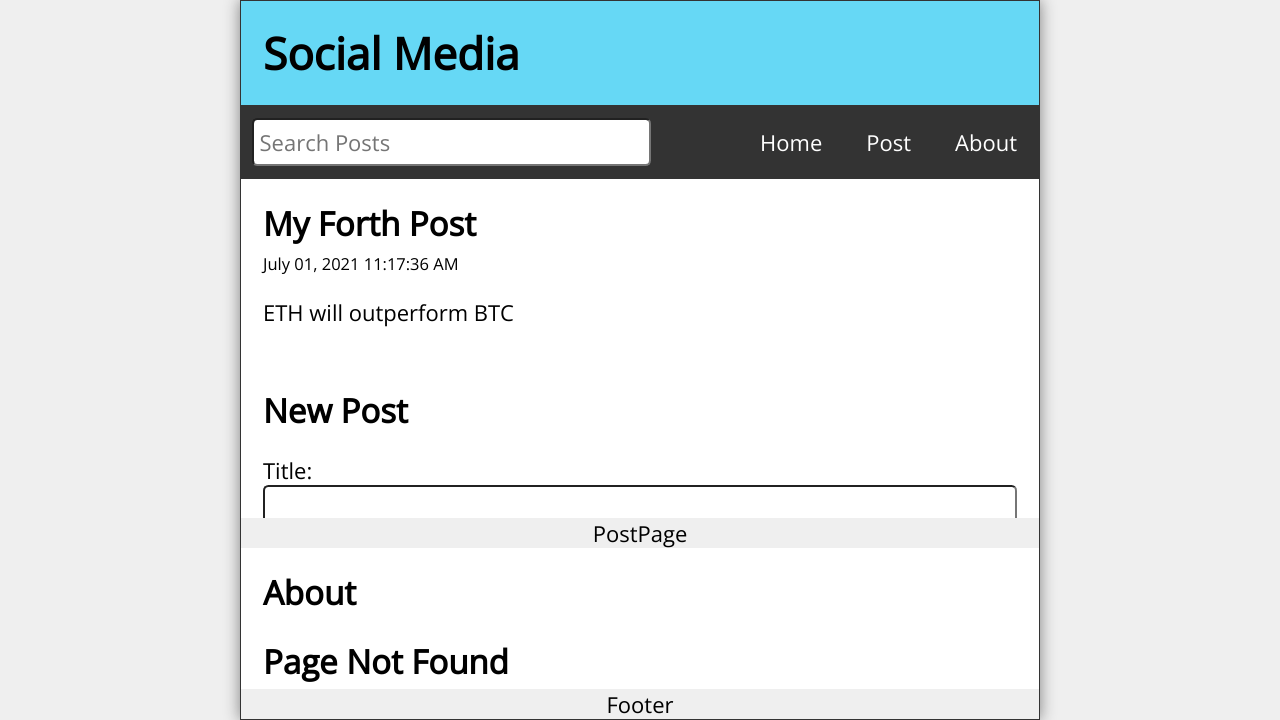
Repository: Kisho14/react_social_app_netlify
Page: /post
The author's editor kept a copy of each file at every save. The page is drawn from the files as they stood at one save, then again after the next save.
The browser window is 1280 px wide. The pictures show the whole page.
The project was rebuilt for these pictures with package versions that can differ from the ones it lists, and the page was loaded fresh each time.

Above is the page before, as saved 2024-02-06 10:55:00.

### src/App.js
import Header from './Header.js';
import Footer from './Footer.js';
import Nav from './Nav.js';
import Home from './Home.js';
import Missing from './Missing.js';
import NewPost from './NewPost.js';
import PostPage from './PostPage.js';
import About from './About.js';
import { useEffect, useState } from 'react';
import { format } from 'date-fns';

function App() {
  const [posts, setPosts] = useState([
    {
      id: 1,
      title: "My First Post",
      datetime: "July 01, 2021 11:17:36 AM",
      body: "Made a video about Tesla Q1 results"
    },
    {
      id: 2,
      title: "My 2nd Post",
      datetime: "July 01, 2021 11:17:36 AM",
      body: "I attended a DeFi blockchain event"
    },
    {
      id: 3,
      title: "My 3rd Post",
      datetime: "July 01, 2021 11:17:36 AM",
      body: "Web3 global summit next week"
    },
    {
      id: 4,
      title: "My Forth Post",
      datetime: "July 01, 2021 11:17:36 AM",
      body: "ETH will outperform BTC"
    }
  ])
  const [search, setSearch] = useState('')
  const [searchResults, setSearchResults] = useState([])
  const [postTitle, setPostTitle] = useState('');
  const [postBody, setPostBody] = useState('');

  useEffect(()=>{
    const filteredResults = posts.filter((post)=>
    ((post.body).toLowerCase()).includes(search.toLowerCase())
    || ((post.title).toLowerCase()).includes(search.toLowerCase()));

    setSearchResults(filteredResults.reverse());
  }, [posts, search])

  const handleSubmit = (e) => {
    e.preventDefault();
    const id = posts.length ? posts[posts.length - 1].id + 1: 1;
    const datetime = format(new Date(), 'MMMM dd, yyyy pp');
    const newPost = { id, title: postTitle, datetime, body: postBody };
    const allPosts = [...posts, newPost];
    setPosts (allPosts);
    setPostTitle('');
    setPostBody('');
    // navigate('/');
  }

  return (
    <div className="App">
      <Header title="Social Media"/>
      <Nav search={search} setSearch={setSearch}/>
      <Home posts={searchResults}/>
      <NewPost
        postTitle={postTitle}
        setPostTitle={setPostTitle}
        postBody={postBody}
        setPostBody={setPostBody}
        handleSubmit={handleSubmit}
      />
      <PostPage />
      <About />
      <Missing />
      <Footer />
    </div>
  );
}

export default App;

### src/Header.js
import React from 'react'

const Header = ({title}) => {
  return (
    <header className='Header'>
        <h1>{title}</h1>
    </header>

  )
}

export default Header

### src/Nav.js
import React from 'react'
import { Link } from 'react-router-dom'

const Nav = ({search, setSearch}) => {
  return (
    <nav className='Nav'>
        <form className='searchForm' onSubmit={(e) => e.preventDefault()}>
            <label htmlFor="search">Search Posts</label>
            <input type="text"
                id='search'
                placeholder='Search Posts'
                value={search}
                onChange={(e) => setSearch(e.target.value)}
            />
        </form>
        <ul>
            <li><Link to='/'>Home</Link></li>
            <li><Link to='post'>Post</Link></li>
            <li><Link to='about'>About</Link></li>
        </ul>
    </nav>
  )
}

export default Nav

### src/Home.js
import React from 'react'
import Feed from './Feed'

const Home = ({posts}) => {
  return (
    <main className='Home'>
        {posts.length ?
        (<Feed posts={posts} />) :
        (<p style={{marginTop:'2rem'}}>No posts to display.</p>)
        }
    </main>
  )
}

export default Home

### src/Missing.js
import React from 'react'

const Missing = () => {
  return (
    <main className='Missing'>
        <h2>Page Not Found</h2>
        <p>Well, that's disappointing.</p>
        <p>
            Visit Our Homepage
        </p>
    </main>
  )
}

export default Missing

### src/NewPost.js
import React from 'react'

const NewPost = ({handleSubmit, postTitle, setPostTitle, postBody, setPostBody}) => {
  return (
    <main className='NewPost'>
        <h2>New Post</h2>
        <form className="newPostForm" onsubmit={handleSubmit}>
        <label htmlFor="postTitle">Title:</label>
        <input id="postTitle"
            type="text"
            required
            value={postTitle}
            onChange={(e) => setPostTitle(e.target.value)}
        />
        <label htmlFor="postBody">Post:</label>
        <textarea
            id="postBody"
            required
            value={postBody}
            onChange={(e) => setPostBody(e.target.value)}
        />
        <button type='submit'>Submit</button>
        </form>
    </main>
  )
}


export default NewPost

### src/About.js
import React from 'react'

const About = () => {
  return (
    <main className='About'>
        <h2>About</h2>
        <p style={{marginTop: "1rem"}}>Hi, I am Kishore, Together lets make education free for everyone in the world</p>
    </main>
  )
}

export default About

### src/Feed.js
import React from 'react'
import Post from './Post'

const Feed = ({posts}) => {
  return (
    <>
        {posts.map(post => (
            <Post Key={post.id} post={post} />
        ))}
    </>
  )
}

export default Feed

### src/Post.js
import React from 'react'

const Post = ({post}) => {
  return (
    <article className='post'>
        <h2>{post.title}</h2>
        <p className='postDate'>{post.datetime}</p>
        <p className='postBody'>{
            (post.body).length <= 25 ? post.body : `${(post.body).slice(0,25)}...`
        }</p>
    </article>
  )
}

export default Post

Loaded but not shown: public/index.html (common file); src/index.js (common file); src/index.css (common file); src/Footer.js (common file); src/PostPage.js (common file)

After the next save:
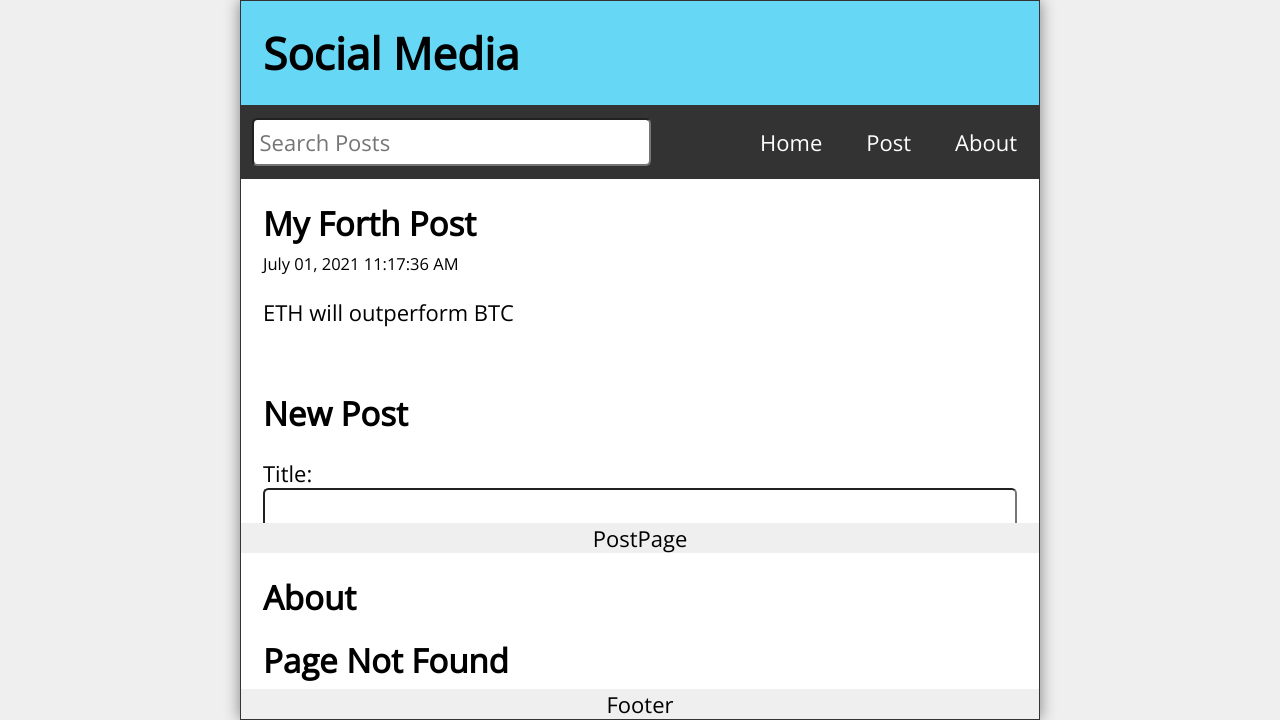
Saved 2 min 26 s later.
--- a/src/About.js
+++ b/src/About.js
@@ -4,7 +4,7 @@ const About = () => {
   return (
     <main className='About'>
         <h2>About</h2>
-        <p style={{marginTop: "1rem"}}>Hi, I am Kishore, Together lets make education free for everyone in the world</p>
+        <p style={{marginTop: "1rem"}}>Hi, This is a social media app.</p>
     </main>
   )
 }
